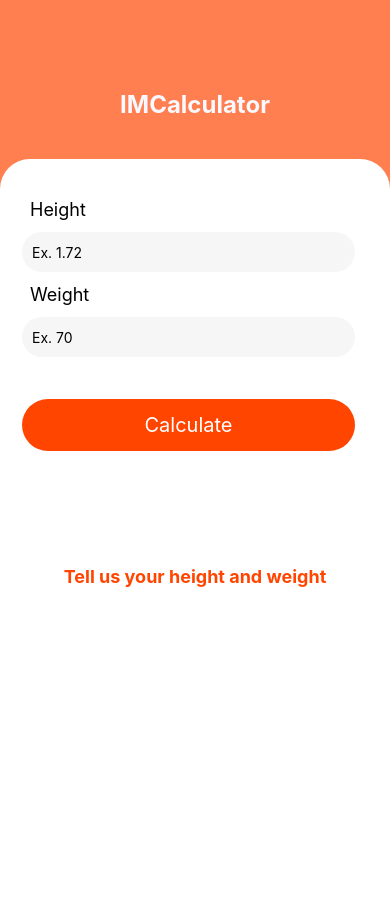
Repository: rubenmatias08/IMCTracker
Screen: /
The author's editor kept a copy of each file at every save. The screen is drawn from the files as they stood at one save, then again after the next save.
The app was drawn by React Native's web renderer in a window 390 px wide. The project was rebuilt for these pictures with package versions that can differ from the ones it lists, and the page was loaded fresh each time.

Above is the screen before, as saved 2024-03-11 00:57:18.

### App.js
import { StyleSheet, View } from 'react-native';
import Title from './src/components/Title';
import Form from './src/components/Form/index'

export default function App() {
  return (
    <View style={styles.container}>
      <Title/>
      <Form />
    </View>
  );
}

const styles = StyleSheet.create({
  container: {
    flex: 1,
    backgroundColor: '#FF7F50',
    paddingTop: 80,

  },
});



/*
   alignItems: 'center',
    justifyContent: 'center',

*/

### src/components/Title/index.js
import React from "react";
import { View,Text } from "react-native"; //Componentes
import styles from "./style";

export default function Title(){
    return(
        <View style={styles.boxTitle}>
            <Text style={styles.textTitle}>IMCalculator</Text>
        </View>
    )
}

//Para aplicar a estilização colocamos: style={nomedoficheiroimportado.propriedadeJSON}

### src/components/Form/index.js
import React , {useState} from "react";
import { TextInput, View, Text, TouchableOpacity} from "react-native";
import ResultIMC from "./ResultIMC";
import styles from "./style";


export default function Form(){

    const [height, setHeight] = useState(null); // Altura
    const [weight, setWeight] = useState(null); // Peso
    const [messageIMC, setmessageIMC] = useState("Tell us your height and weight"); // Mensagem que contem o resultado
    const [imc,setIMC] = useState(null); // valor do IMC
    const [textButton, setTextButton] = useState("Calculate"); //

    //Calcular o imc é altura x altura a dividir por peso
    //E vamos querer que nos retorne o resultado (toFixed) que é para vir com 2 casas decimais apenas.
    function CalculatorIMC(){
        return setIMC((weight / (height * height)).toFixed(2))
    }

    //Caso os valores tiverem sido preenchidos ele valida, caso contrário temos de avisar o usuário para preencher os dados de altura e peso.
    //Aqui com a condição é: Caso os valores de height e weight sejam diferentes de null, ou seja, estão preenchidos... Chama a função CalculatorIMC() que fará o calculo que depois nos dá o resultado.
    function ValidationIMC(){
        if(height != null && weight != null){
            CalculatorIMC() //Função do calculo
            setHeight(null) //Reset de height para que se faça depois um novo calculo
            setWeight(null) //Reset de weight para que se faça depois um novo calculo
            setmessageIMC("Your IMC is:") //Mensagem para apresentar o resultado
            setTextButton("Calculate again") //Botão com mensagem
            return //Depois de tudo isto... Retorna-nos.
        }
        setIMC(null) //caso o peso e altura sejam nulos, colocamos o imc como nulo também para que não haja resposta de possiveis calculos anteriores
        setTextButton("Calculate") //Para voltar a apresentar o texto original
        setmessageIMC("Tell us your height and weight") //Para voltar a apresentar o texto original

    }


    return(
        <View style={styles.formContent}>
            <View style={styles.form}>
                <Text style={styles.formLabel}>Height</Text>
                <TextInput style= {styles.input}
                onChangeText={setHeight}
                value={height}
                placeholder="Ex. 1.72"
                keyboardType="numeric"
                />

                <Text style={styles.formLabel}>Weight</Text>
                <TextInput style= {styles.input}
                onChangeText={setWeight}
                value={weight}
                placeholder="Ex. 70"
                keyboardType="numeric"
                />

               <TouchableOpacity style={styles.buttonCalculator} onPress={() => ValidationIMC()}>
               <Text style={styles.textButtonCalculator}>{textButton}</Text>
               </TouchableOpacity>

            </View>
            <ResultIMC messageResultImc={messageIMC} resultImc={imc}/>
        </View>
    )
}

//O keyboardType indica qual o tipo de teclado que ele vai abrir
//No <ResultIMC> leva duas props com propriedades dinamicas.


//Antes tinhamos um Button para clicar em vez de TouchOpacity, assim:
//  <Button onPress={() => ValidationIMC()} title={textButton}/>
//mas fizemos diferente e usamos o TouchOpacity porque é mais moderno e melhor. Há várias opções assim, basta ver na documentação do react native.

### src/components/Title/style.js
import { StyleSheet } from "react-native";

const styles = StyleSheet.create( {
    boxTitle: {
        alignItems: "center",
        justifyContent: "center",
        padding: 10,
    },
    textTitle: {
        color:"#F8F8FF",
        fontSize:24,
        fontWeight:"bold"
    }
});

export default styles;

### src/components/Form/ResultIMC/index.js
import React from "react";
import { View , Text } from "react-native";
import styles from "./style";

export default function ResultIMC(props){
    return(
        <View style={styles.ResultIMC}>
            <Text style={styles.information}>{props.messageResultImc}</Text>
            <Text style={styles.numberIMC}>{props.resultImc}</Text>
        </View>
    )
}

//Neste componente vai ser mostrado o resultado do valor de IMC e uma mensagem com o valor desse IMC.

### src/components/Form/style.js
import { StyleSheet } from "react-native";

const styles = StyleSheet.create( {
    formContent: {
        width:"100%",
        height:"100%",
        bottom:0,
        backgroundColor:"#ffffff",
        alignItems:"center",
        borderTopLeftRadius:30,
        borderTopRightRadius:30,
        marginTop:30
    },
    form: {
        width:"100%",
        height:"auto", //Colocando auto, ao colocar novos items ao conteudo ele ajusta.
        marginTop:30,
        padding:10
    },
    formLabel:{
        color:"#000000",
        fontSize:18,
        paddingLeft:20,
    },
    input:{
        width:"90%",
        borderRadius:50,
        backgroundColor:"#f6f6f6",
        height:40,
        margin:12,
        paddingLeft:10,
    },
    buttonCalculator:{
        borderRadius:50,
        alignItems:"center",
        justifyContent:"center",
        width:"90%",
        backgroundColor:"#FF4500",
        paddingTop:14,
        paddingBottom:14,
        marginLeft:12,
        margin:30

    },
    textButtonCalculator:{
        fontSize:20,
        color: "#ffffff",
    }
});

export default styles;

### src/components/Form/ResultIMC/style.js
import { StyleSheet } from "react-native";

const styles = StyleSheet.create( {
    ResultIMC: {
        flex:1,
        marginTop:15,
        paddingTop:60,
        borderRadius:50,
        alignItems:"center",
        width:"100%",
    },
    numberIMC:{
        fontSize:48,
        color:"#FF4500",
        fontWeight:"bold"
    },
    information:{
        fontSize:18,
        color:"#FF4500",
        fontWeight:"bold"
    }
});

export default styles;

After the next save:
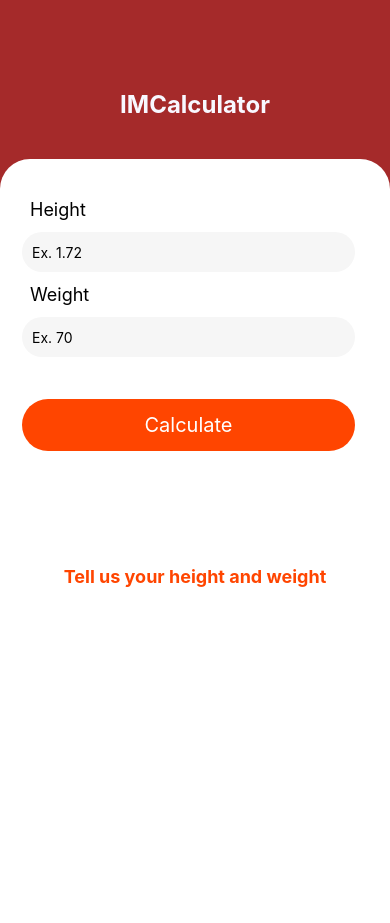
Saved 17 s later.
--- a/App.js
+++ b/App.js
@@ -14,7 +14,7 @@ export default function App() {
 const styles = StyleSheet.create({
   container: {
     flex: 1,
-    backgroundColor: '#FF7F50',
+    backgroundColor: '#A52A2A',
     paddingTop: 80,
 
   },
